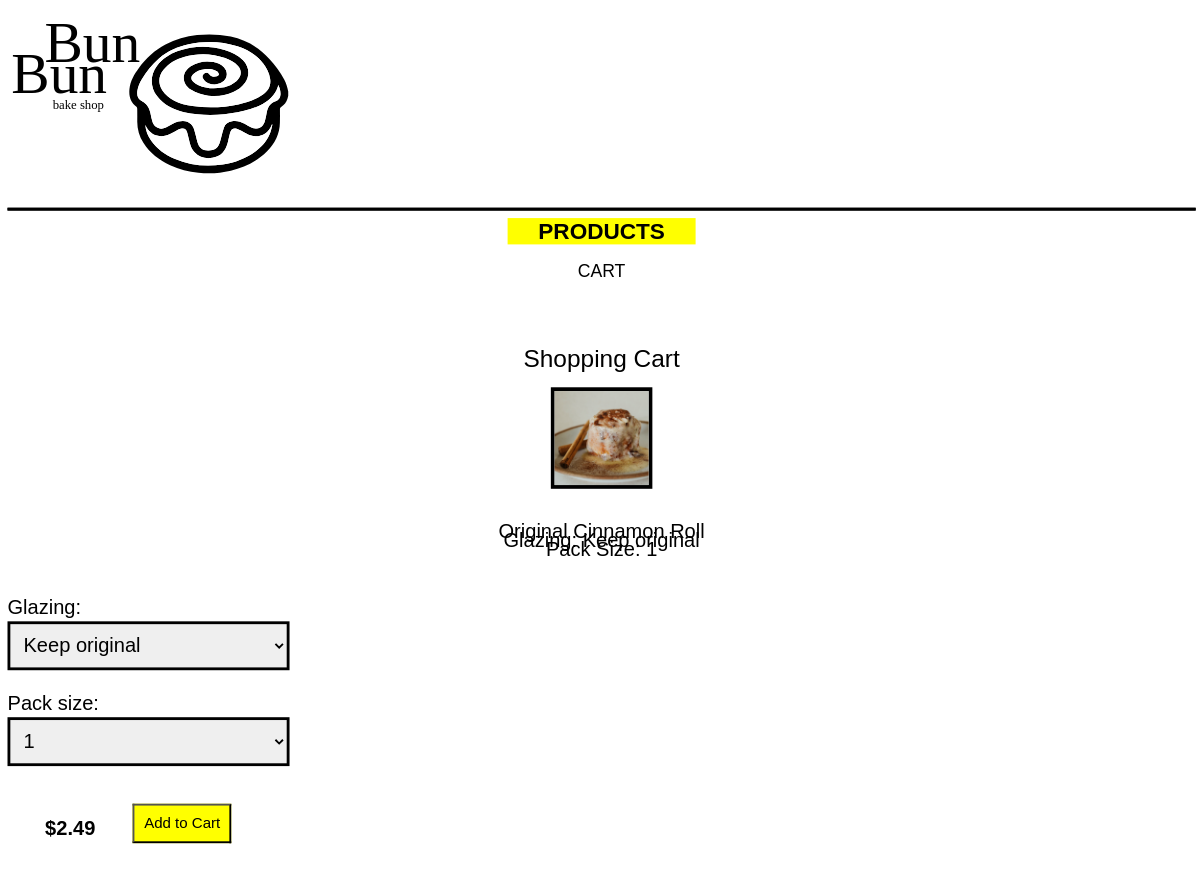
Repository: alicianghm/pui-hw
Page: solution-hw1/HW1-Cart.html
These files come from the project's save history. The page is drawn as it stood at one moment and after the next save; the edit follows.
The browser window is 1280 px wide. The pictures show the whole page, at 94% of full size.

Above is the page before, as saved 2022-09-08 10:57:13.

After the next save:
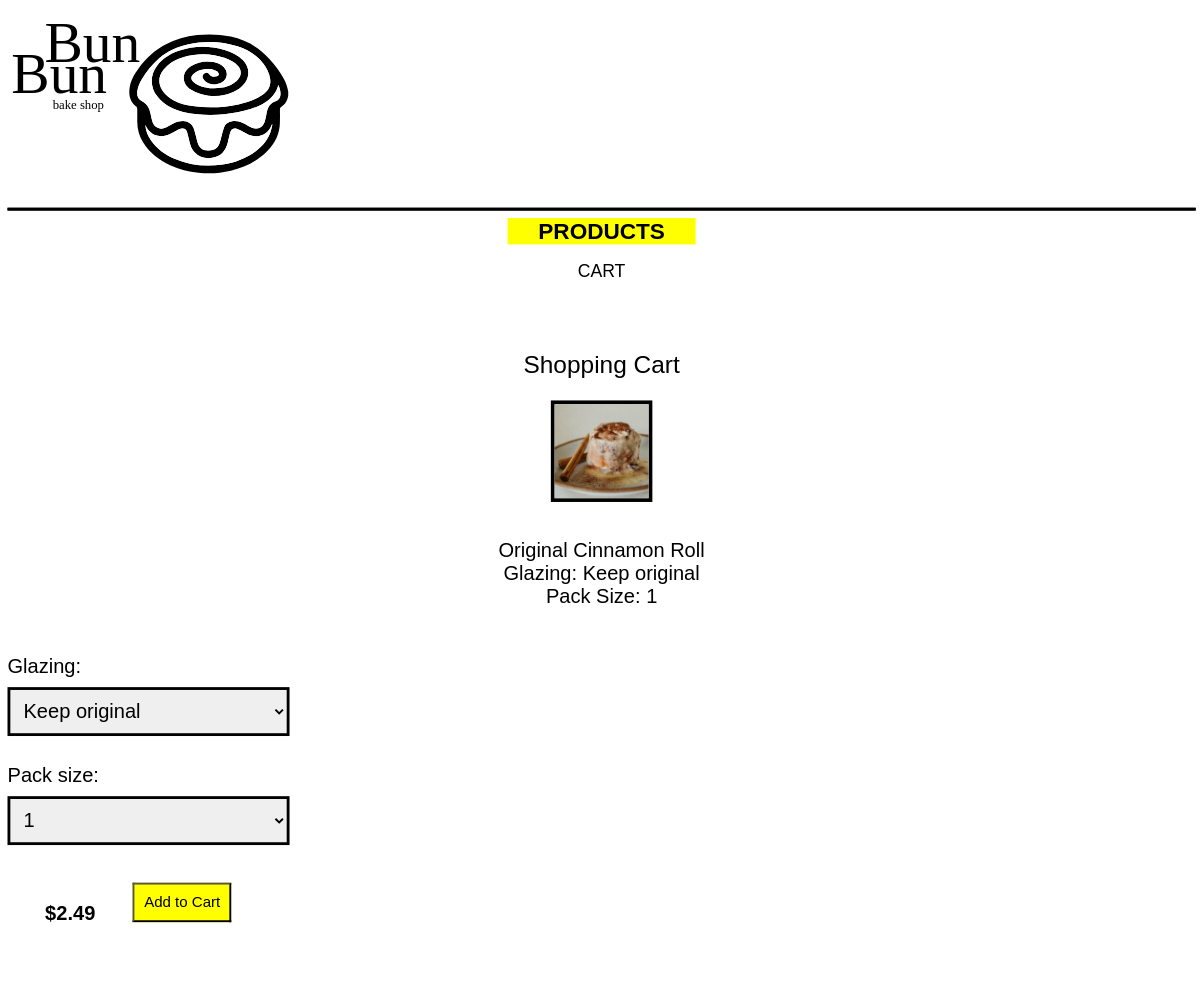
Saved 6 s later.
--- a/solution-hw1/hw1.css
+++ b/solution-hw1/hw1.css
@@ -176,7 +176,7 @@
 .description-cart,p{
   font-size: 16pt;
   text-align: center;
-  line-height: 10px;
+  line-height: 24px;
 }
 
 .shoppingCart{
